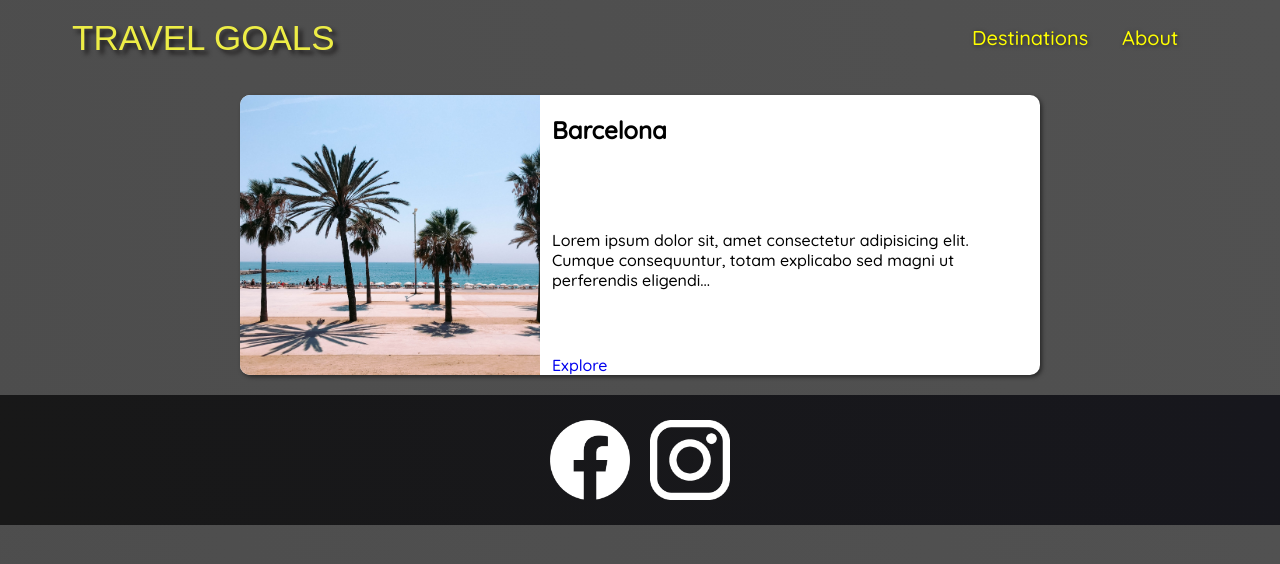
Repository: MicTomm/Travel-Goals
Page: places.html
An editor plug-in stored every save of this project. The page is shown before and after the next save, followed by the edit.
The browser window is 1280 px wide. The pictures show the whole page.
Some web fonts or font styles are not loaded; a fallback is used.

Above is the page before, as saved 2023-06-08 20:46:20.

After the next save:
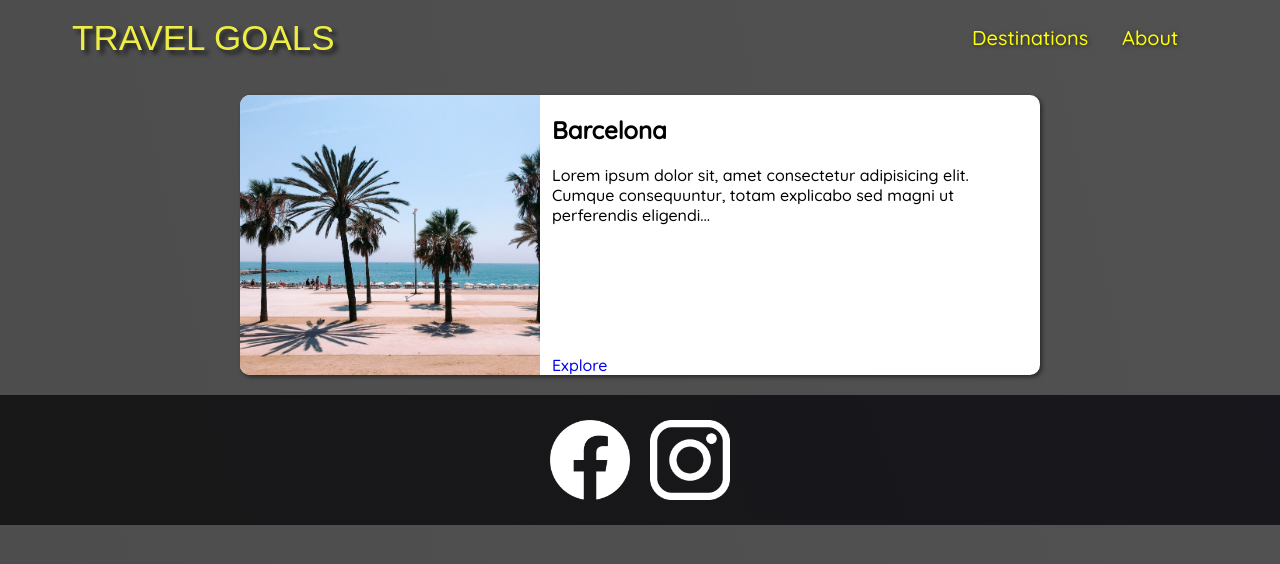
Saved 46 s later.
--- a/places.html
+++ b/places.html
@@ -27,8 +27,11 @@
             <li>
                 <img src="images/places/barcelona.jpg" alt="Barcelona">
                 <div class="card-content">
-                    <h2>Barcelona</h2>
-                    <p>Lorem ipsum dolor sit, amet consectetur adipisicing elit. Cumque consequuntur, totam explicabo sed magni ut perferendis eligendi...</p>
+                    <div>
+                        <h2>Barcelona</h2>
+                        <p>Lorem ipsum dolor sit, amet consectetur adipisicing elit. Cumque consequuntur, totam
+                            explicabo sed magni ut perferendis eligendi...</p>
+                    </div>
                     <div class="card-link">
                         <a href="https://en.wikipedia.org/wiki/Barcelona">Explore</a>
                     </div>
